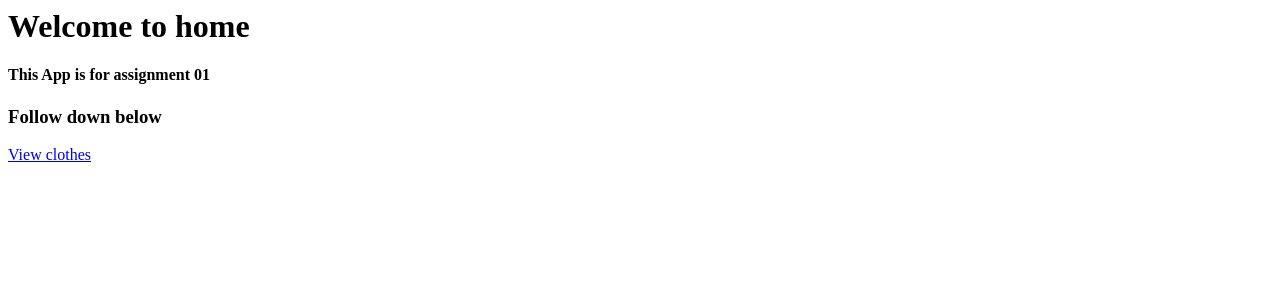
Repository: Zack222/Assignenment1
Page: src/main/resources/templates/home.html
The author's editor kept a copy of each file at every save. The page is drawn from the files as they stood at one save, then again after the next save.
The browser window is 1280 px wide. The pictures show the whole page.

Above is the page before, as saved 2023-02-18 10:52:50.

### src/main/resources/templates/home.html
<html lang="en" xmlns="http://www.thymeleaf.org">
  <head>
    <meta charset="UTF-8" />
    <meta http-equiv="X-UA-Compatible" content="IE=edge" />
    <meta name="viewport" content="width=device-width, initial-scale=1.0" />
    <title>Document</title>
  </head>
  <body>
    <h1>Welcome to home</h1>

    <main>
      <header><h4>This App is for assignment 01</h4></header>
    </main>

    <h3>Follow down below</h3>
    <a href="/clothes">View clothes</a>
  </body>
</html>

After the next save:
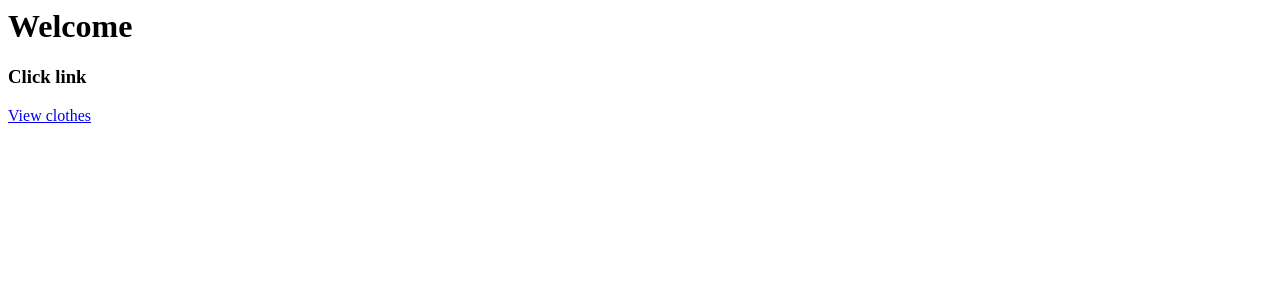
Saved 3 days later.
--- a/src/main/resources/templates/home.html
+++ b/src/main/resources/templates/home.html
@@ -3,16 +3,12 @@
     <meta charset="UTF-8" />
     <meta http-equiv="X-UA-Compatible" content="IE=edge" />
     <meta name="viewport" content="width=device-width, initial-scale=1.0" />
-    <title>Document</title>
+    <title>Assignment1</title>
   </head>
   <body>
-    <h1>Welcome to home</h1>
+    <h1>Welcome</h1>
 
-    <main>
-      <header><h4>This App is for assignment 01</h4></header>
-    </main>
-
-    <h3>Follow down below</h3>
+    <h3>Click link</h3>
     <a href="/clothes">View clothes</a>
   </body>
 </html>
